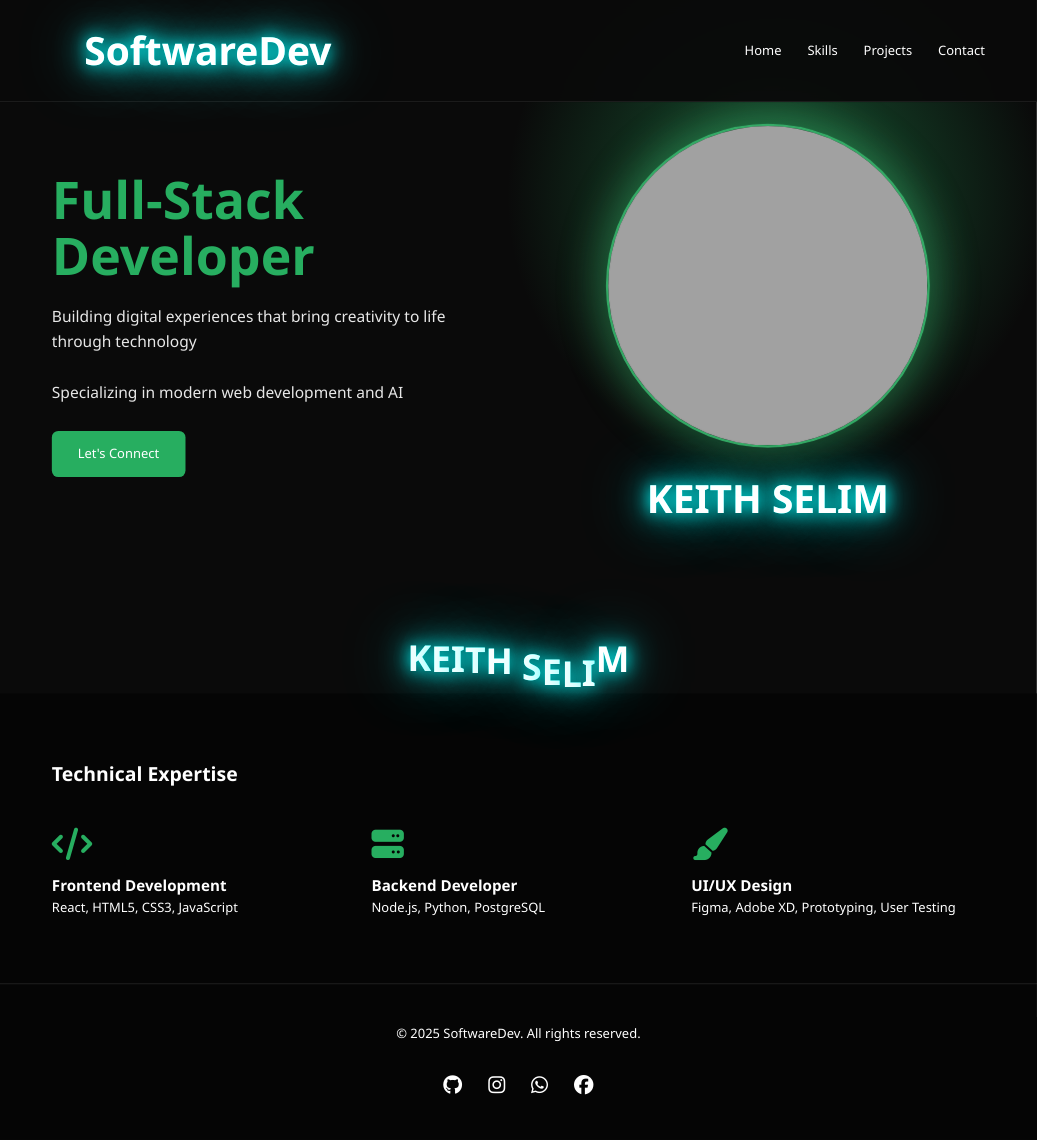
Repository: PEEZYBEE/my-react-portfolio
Page: /
The author's editor kept a copy of each file at every save. The page is drawn from the files as they stood at one save, then again after a run of saves.
The browser window is 1280 px wide. The pictures show the whole page, at 81% of full size.
Pictures or frames that could not be fetched are drawn as grey boxes. The project was rebuilt for these pictures with package versions that can differ from the ones it lists, and the page was loaded fresh each time. Also part of the build but not shown: vite.config.js.

Above is the page before, as saved 2025-04-21 01:18:22.

After the next 2 saves:
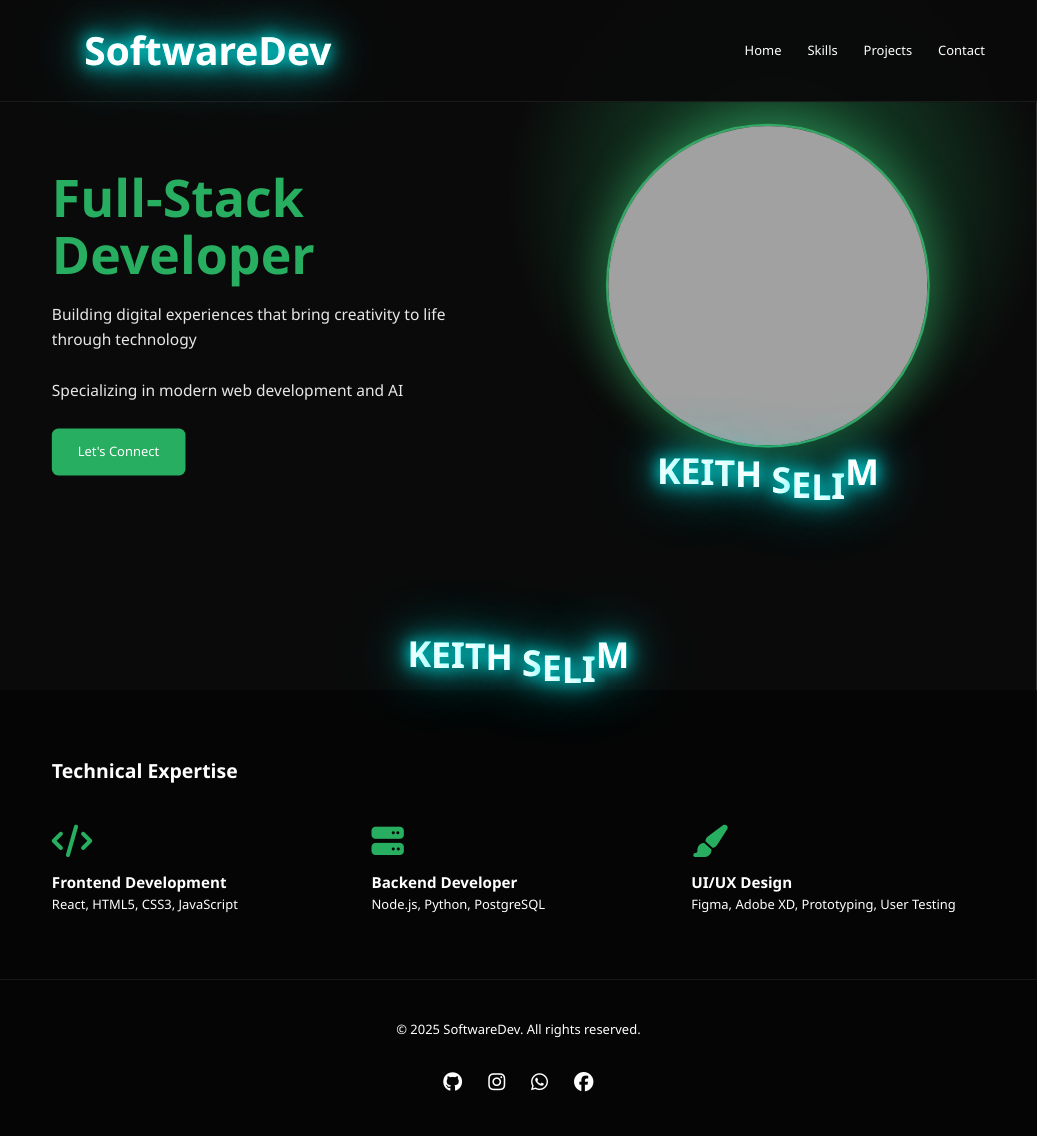
The 2 saves are shown as one change because they came seconds apart.
The last was saved 3 min 20 s later.
--- a/src/components/Hero.jsx
+++ b/src/components/Hero.jsx
@@ -14,7 +14,19 @@ const Hero = () => {
       <div className="hero-image-container">
         <img src="/assets/profile.jpg" alt="Profile" className="profile-img" />
         <div className="name-banner">
-          <h2>KEITH SELIM</h2>
+        <h1 className="bouncing-letters" style={{ textAlign: "center", fontSize: "30px" }}>
+      <span>K</span>
+      <span>E</span>
+      <span>I</span>
+      <span>T</span>
+      <span>H</span>
+      <span>&nbsp;</span>
+      <span>S</span>
+      <span>E</span>
+      <span>L</span>
+      <span>I</span>
+      <span>M</span>
+    </h1>
         </div>
       </div>
     </section>
